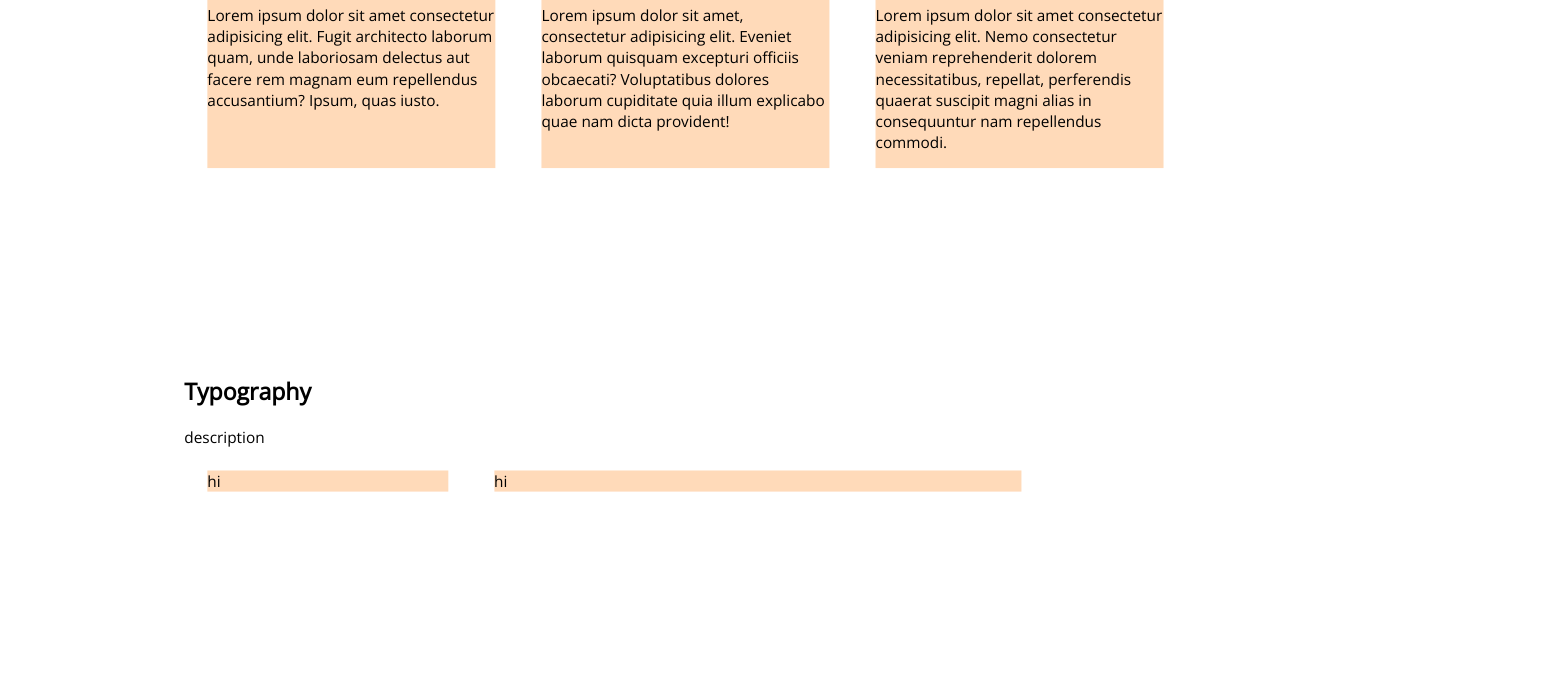
Repository: seohyun9672/Timearth-A6Styleguide
Page: page2.html
These files come from the project's save history. The page is drawn as it stood at one moment and after the next save; the edit follows.
The browser window is 1280 px wide. The page is 1632 px wide, so the pictures cover 1632 px, including what lies to the right of the window. The pictures show the part of the page from y = 1448 to 2176 px (the page is 2176 px tall), at 96% of full size.

Above is the page before, as saved 2022-03-19 17:09:39.

### page2.html
<!DOCTYPE html>
<html lang="en">

<head>
    <meta charset="UTF-8">
    <meta http-equiv="X-UA-Compatible" content="IE=edge">
    <meta name="viewport" content="width=device-width, initial-scale=1.0">
    <title>Document</title>
    <link rel="stylesheet" href="stylesheet.css">
</head>

<body>
    <ul class="navbar">
        <li><a href="/page1.html">App Name</a></li>
        <div class="navbar-active">
            <li><a href="/page1.html">Logo</a></li>
            <li><a href="/page2.html">Colour & Typography</a></li>
            <li><a href="/page3.html">Imagery & Graphics</a></li>
            <li><a href="/ref.html">Reference</a></li>
        </div>
    </ul>
    <section class="color-palette page2">
        <h1>Color Palette</h1>
        <img class="palette" src="https://placekitten.com/1440/100">
    <div>
        <h2>Description of colour palette</h2>
        <p>Lorem ipsum dolor sit amet, consectetur adipisicing elit. Culpa neque mollitia quae asperiores ad odit vitae iste minima totam harum distinctio qui beatae ea ut et adipisci, excepturi at iusto reprehenderit reiciendis fugit fuga nisi. Eligendi ut magni adipisci nulla architecto reprehenderit? Nemo eos accusamus optio nobis distinctio veritatis eius.</p>
    </div>
    <div></div>
    <div class="col-2">
        <div class="col">
            <img src="https://placekitten.com/200/600">
        </div>
        <div class="col">hi</div>
    </div>
    <div class="row col-3">
        <div class="col">
          <img src="https://placekitten.com/300/200">
          <p>Lorem ipsum dolor sit amet consectetur adipisicing elit. Fugit architecto laborum quam, unde laboriosam delectus aut facere rem magnam eum repellendus accusantium? Ipsum, quas iusto.</p>
        </div>
        <div class="col">
            <img src="https://placekitten.com/300/200">
            <p>Lorem ipsum dolor sit amet, consectetur adipisicing elit. Eveniet laborum quisquam excepturi officiis obcaecati? Voluptatibus dolores laborum cupiditate quia illum explicabo quae nam dicta provident!</p>
        </div>
        <div class="col">
            <img src="https://placekitten.com/300/200">
            <p>Lorem ipsum dolor sit amet consectetur adipisicing elit. Nemo consectetur veniam reprehenderit dolorem necessitatibus, repellat, perferendis quaerat suscipit magni alias in consequuntur nam repellendus commodi.</p>
        </div>
    </div>
</section>
    <section class="typo page2">
        <h1>Typography</h1>
        <div>
            description
        </div>
        <div class="col-2">
            <div class="col">hi</div>
            <div class="col">hi</div>
        </div>
    </section>
</body>
</html>

### stylesheet.css
@import url('https://fonts.googleapis.com/css2?family=Nunito+Sans&family=Open+Sans&display=swap');

body{
    margin: 0;
    font-family: 'open sans', san-serif;
  }

/* NAVBAR */

ul {
  list-style-type: none;
  margin: 0;
  padding: 0;
  overflow: hidden;
  background-color: #333;
}

li {
  float: left;
}

li a {
  display: block;
  color: white;
  text-align: center;
  padding: 14px 16px;
  text-decoration: none;
}

li a:hover {
  background-color: #111;
}

.navbar-active{
    float: right;
}

/* LOGO */

.section-logo {
    display: flex;
    flex-direction: column;
    justify-content: flex-start;
    align-items: center;
}

.logo-description {
    display: flex;
}
.logo-variation {
    display: flex;
    justify-content: space-evenly;
}

.logo-colourpalette {
    display: flex;
    width: 100%;
    justify-content: space-between;
}

.section-cont {
    width: 940px;
}
.colour-cont {
    display: flex;
    flex-direction: column;
}
.colour-name {
    font-weight: bold;
}

.logo-typography {
    display: flex;
}

.logo-usage {
    display: flex;
    flex-direction: column;
}

.logo-usage-desc {
    display: flex;
}

.section-cont colour {
    display: flex;
}

/* page 2 */
.page2 {
    margin:12em;
}
.col-3 {
    display:grid;
    grid-template-columns: 1fr 1fr 1fr;
}
.col-2 {
    display:grid;
    grid-template-columns: 1fr 2fr;
}
.col {
    background-color:peachpuff;
    margin:1.5em;
}

After the next save:
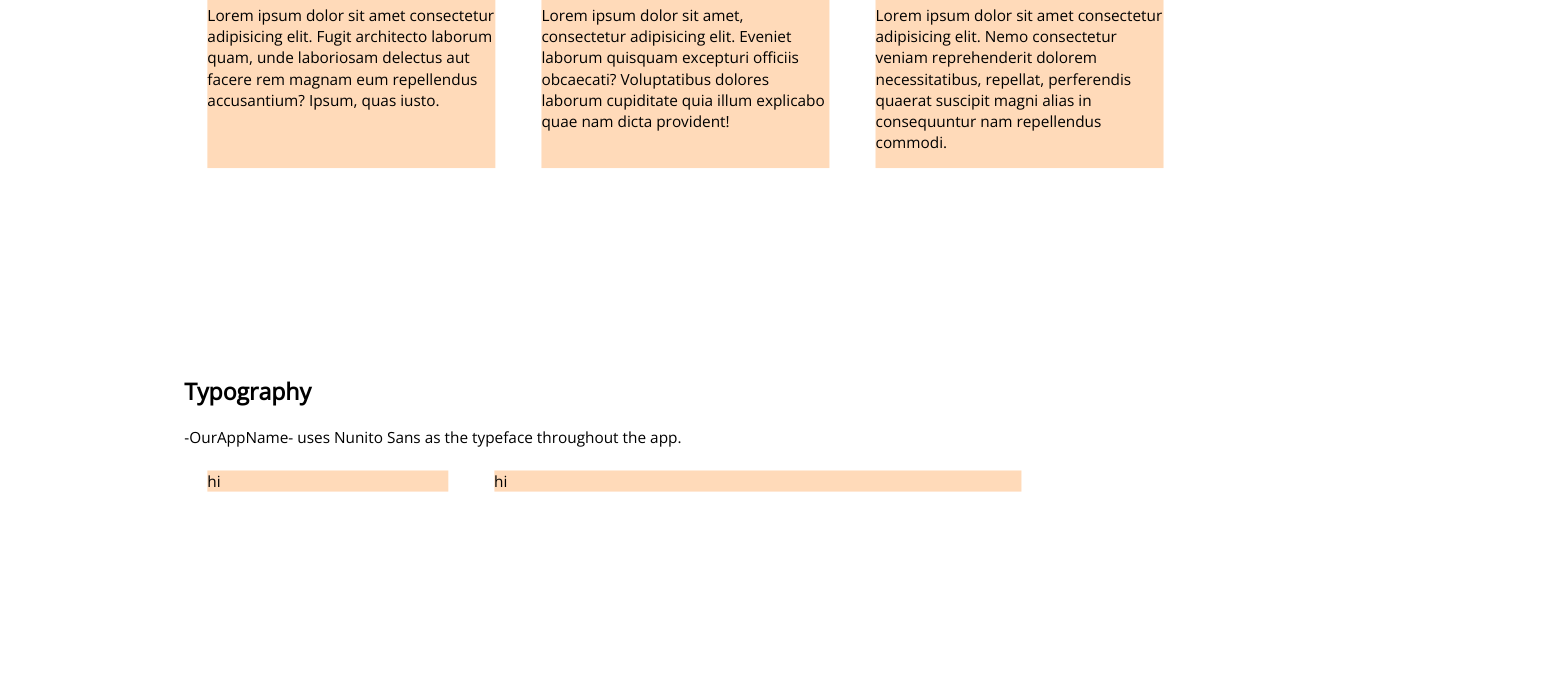
Saved 82 s later.
--- a/page2.html
+++ b/page2.html
@@ -51,7 +51,7 @@
     <section class="typo page2">
         <h1>Typography</h1>
         <div>
-            description
+            -OurAppName- uses Nunito Sans as the typeface throughout the app.
         </div>
         <div class="col-2">
             <div class="col">hi</div>
